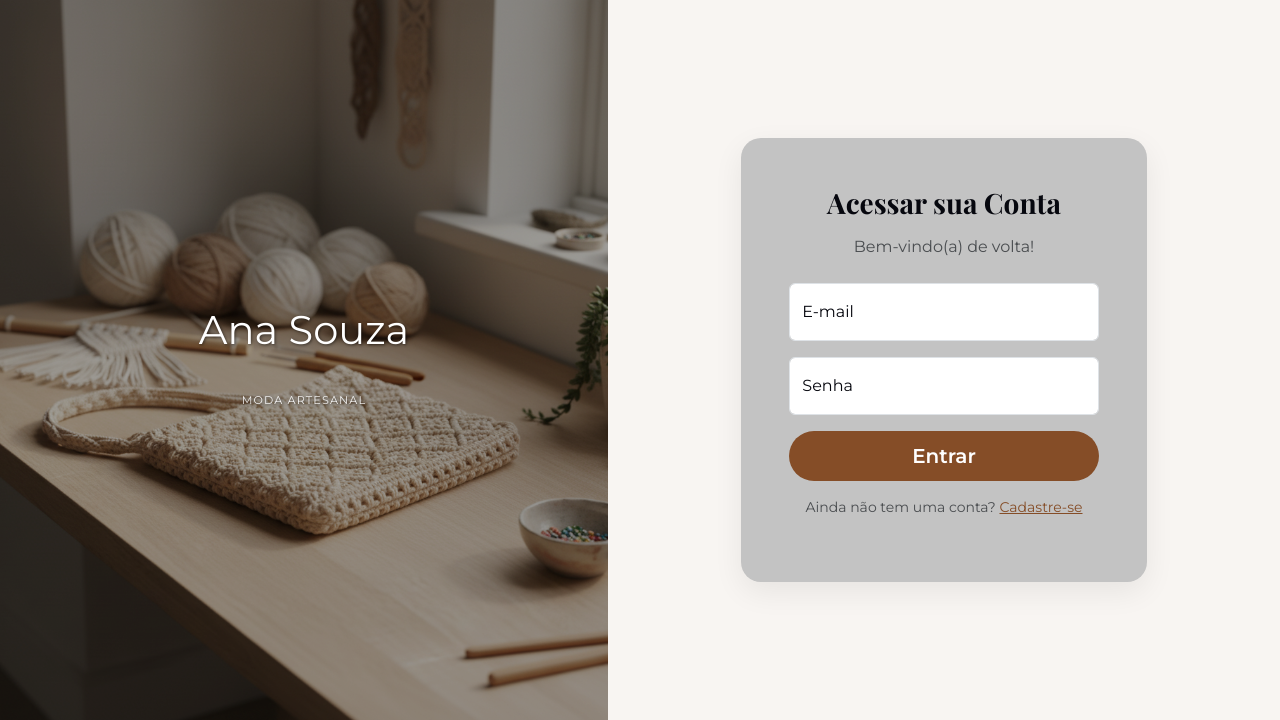
Repository: Lucascsg/projeto-anasouza-frontend
Page: login.html
These files come from the project's save history. The page is drawn as it stood at one moment and after the next save; the edit follows.
The browser window is 1280 px wide. The pictures show the whole page.

Above is the page before, as saved 2025-10-21 23:24:32.

After the next save:
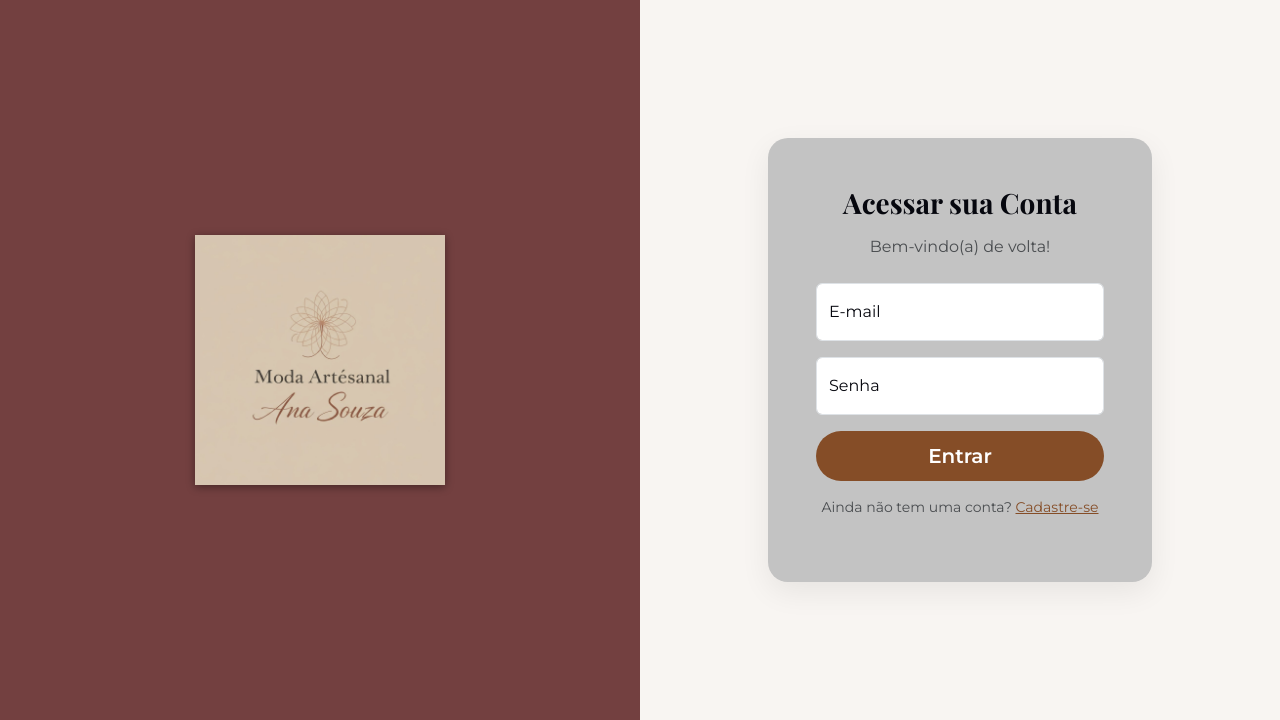
Not found: imagens/auth-background.jpg
Saved 4 min 19 s later.
--- a/login.html
+++ b/login.html
@@ -10,73 +10,73 @@
     <link rel="preconnect" href="https://fonts.googleapis.com">
     <link rel="preconnect" href="https://fonts.gstatic.com" crossorigin>
     <link href="https://fonts.googleapis.com/css2?family=Montserrat:wght@400;500;600&family=Playfair+Display:wght@700&family=Great+Vibes&display=swap" rel="stylesheet">
+
     <style>
         /* Estilo para garantir altura total e split screen */
-body, html { height: 100%; margin: 0; overflow: hidden; }
-.split-container { display: flex; min-height: 100vh; }
-.split-image {
-    background: url('imagens/backlog4.png') no-repeat center center/cover; /* SUA IMAGEM AQUI */
-    flex: 1;
-    position: relative; /* Necessário para o overlay e o logo */
-    display: flex; /* Para centralizar o logo */
-    align-items: center;
-    justify-content: center;
-}
-.split-form {
-    flex: 1;
-    display: flex;
-    align-items: center;
-    justify-content: center;
-    padding: 2rem;
-    background-color: var(--cor-fundo-claro);
-    overflow-y: auto;
-}
+        body, html { height: 100%; margin: 0; overflow: hidden; }
+        .split-container { display: flex; min-height: 100vh; }
+        .split-image {
+            background: url('imagens/auth-background.jpg') no-repeat center center/cover; /* SUA IMAGEM DE FUNDO AQUI */
+            flex: 1;
+            position: relative;
+            display: flex;
+            align-items: center;
+            justify-content: center;
+            padding: 2rem; /* Adiciona um respiro */
+        }
+        .split-form {
+            flex: 1;
+            display: flex;
+            align-items: center;
+            justify-content: center;
+            padding: 2rem;
+            background-color: var(--cor-fundo-claro);
+            overflow-y: auto;
+        }
 
-/* --- NOVO: Overlay sobre a imagem --- */
-.split-image::before {
-    content: '';
-    position: absolute;
-    top: 0;
-    left: 0;
-    width: 100%;
-    height: 100%;
-    background: rgba(0, 0, 0, 0.35); /* Camada escura com 35% de opacidade */
-    z-index: 1; /* Fica entre a imagem e o logo */
-}
+        /* Overlay sobre a imagem */
+        .split-image::before {
+            content: '';
+            position: absolute;
+            top: 0; left: 0;
+            width: 100%; height: 100%;
+            background: rgba(0, 0, 0, 0.35);
+            z-index: 1;
+        }
 
-/* --- ATUALIZADO: Logo centralizado --- */
-.image-logo {
-    position: relative; /* Mudado de absolute para relative */
-    z-index: 2; /* Fica na frente do overlay */
-    text-align: center; /* Centraliza o texto */
-}
-.image-logo .logo-text {
-    font-size: 3.5rem; /* Aumenta o tamanho do logo */
-    color: #FFFFFF !important;
-    text-shadow: 1px 1px 3px rgba(0,0,0,0.5);
-}
-.image-logo .logo-subtitle {
-    font-size: 0.8rem; /* Ajusta o tamanho do subtítulo */
-    color: rgba(255,255,255,0.9) !important;
-    letter-spacing: 0.1em;
-}
+        /* --- ATUALIZADO: Estilo para a IMAGEM do logo --- */
+        .image-logo {
+            position: relative;
+            z-index: 2;
+            text-align: center;
+            max-width: 250px; /* Limita a largura máxima do logo */
+            width: 70%;       /* Faz o logo ocupar 70% do espaço disponível */
+        }
+        .image-logo img {
+            /* Adiciona um leve filtro para o logo "flutuar" melhor sobre fundos variados */
+            filter: drop-shadow(0px 2px 4px rgba(0,0,0,0.4));
+        }
 
-/* Ajuste para telas menores continua igual */
-@media (max-width: 767px) {
-    .split-container { flex-direction: column-reverse; }
-    .split-image {
-        min-height: 250px; flex: none;
-        align-items: center; justify-content: center;
-    }
-    .image-logo { /* Logo na imagem é escondido no mobile */
-         display: none;
-    }
-    .split-form { padding: 1.5rem; }
-    .form-logo { display: block !important; }
-}
-@media (min-width: 768px) {
-    .form-logo { display: none; }
-}
+        /* Ajuste para telas menores */
+        @media (max-width: 767px) {
+            .split-container { flex-direction: column-reverse; }
+            .split-image {
+                min-height: 200px; /* Altura menor para o logo no mobile */
+                flex: none;
+                padding: 1rem; /* Menos respiro */
+            }
+            .image-logo { /* Logo na imagem é ajustado no mobile */
+                max-width: 180px; /* Logo menor no mobile */
+                width: 60%;
+            }
+            .split-form { padding: 1.5rem; }
+            .form-logo { display: block !important; }
+             /* Esconde o logo grande da imagem no mobile, mostra o pequeno do form */
+             /* .image-logo { display: none !important; } */ /* Descomente se preferir esconder totalmente no mobile */
+        }
+        @media (min-width: 768px) {
+            .form-logo { display: none; }
+        }
     </style>
 </head>
 <body>
@@ -84,9 +84,8 @@
     <div class="split-container">
         <div class="split-image d-none d-md-flex">
             <div class="image-logo">
-                <a class="logo-text d-inline-block text-decoration-none" href="index.html" style="font-size: 2.5rem;">
-                    <div>Ana Souza</div>
-                    <small class="logo-subtitle" style="font-size: 0.7rem;">MODA ARTESANAL</small>
+                <a href="index.html">
+                    <img src="imagens/logo.png" alt="Logo Ana Souza" class="img-fluid">
                 </a>
             </div>
         </div>

After the save that followed:
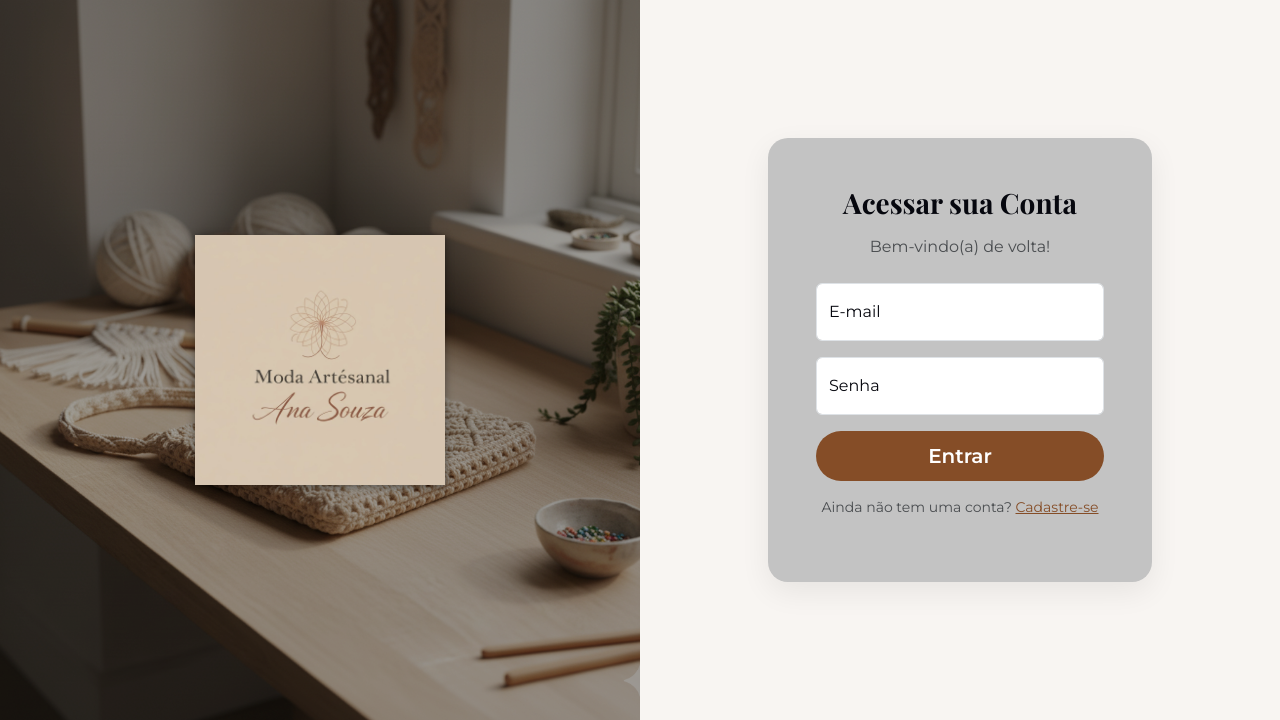
Saved 11 s later.
--- a/login.html
+++ b/login.html
@@ -16,7 +16,7 @@
         body, html { height: 100%; margin: 0; overflow: hidden; }
         .split-container { display: flex; min-height: 100vh; }
         .split-image {
-            background: url('imagens/auth-background.jpg') no-repeat center center/cover; /* SUA IMAGEM DE FUNDO AQUI */
+            background: url('imagens/backlog4.png') no-repeat center center/cover; /* SUA IMAGEM DE FUNDO AQUI */
             flex: 1;
             position: relative;
             display: flex;
